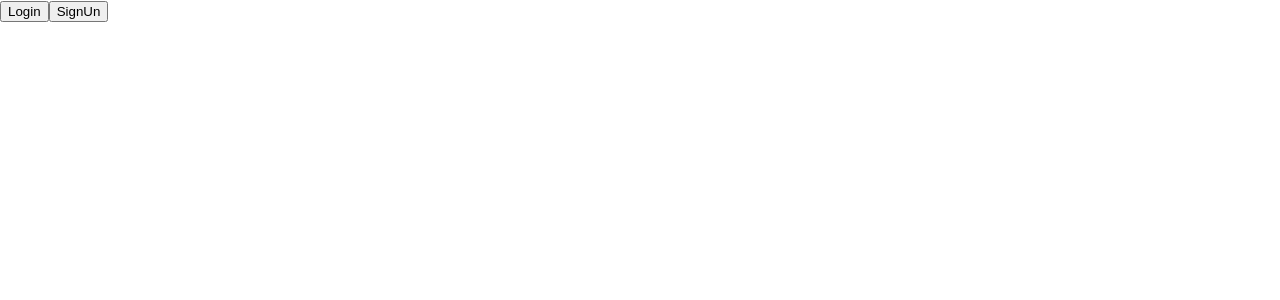
Repository: ehabmelhem/FullStack_Tweetapp
Page: / (app in tweet-app-demo/)
The author's editor kept a copy of each file at every save. The page is drawn from the files as they stood at one save, then again after a run of saves.
The browser window is 1280 px wide. The pictures show the whole page.
The project was rebuilt for these pictures with package versions that can differ from the ones it lists, and the page was loaded fresh each time. A package was used in the major version that the imports need, not the one package.json lists. Also part of the build but not shown: tweet-app-demo/src/App.css, tweet-app-demo/src/Componets/Login.css, tweet-app-demo/src/Componets/Login.js, tweet-app-demo/src/Componets/SignUp.css.

Above is the page before, as saved 2021-01-27 22:08:40.

### tweet-app-demo/src/App.js
import "./App.css";
import { useEffect, useState } from "react";
import { BrowserRouter as Router, Switch, Route, Link } from "react-router-dom";
import Login from "./Componets/Login";

function App() {
  return (
    <Router>
      <div className="app">
        <Switch>
          <Route path="/login">
            <Login />
          </Route>
          <Route path="/">
            <Link to="/login">
              <button>Login</button>
            </Link>
            <Link to="/signup">
              <button>SignUn</button>
            </Link>
          </Route>
        </Switch>
      </div>
    </Router>
  );
}

export default App;

### tweet-app-demo/src/Componets/SignUp.js
import React from "react";
import "./SignUp.css";
function SignUp() {
  return (
    <div className="/signup">
      <h1>signup page</h1>
    </div>
  );
}

export default SignUp;

Loaded but not shown: tweet-app-demo/public/index.html (common file); tweet-app-demo/src/index.js (common file); tweet-app-demo/src/index.css (common file); tweet-app-demo/src/reportWebVitals.js (common file); tweet-app-demo/src/App.css (no copy from this time; the picture is the same without it)

After the next 2 saves:
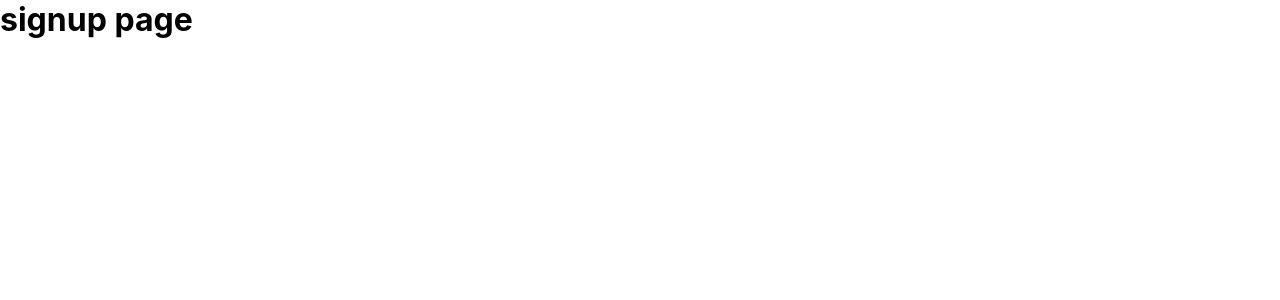
The 2 saves are shown as one change because they came seconds apart.
The last was saved 17 s later.
--- a/tweet-app-demo/src/App.js
+++ b/tweet-app-demo/src/App.js
@@ -2,6 +2,7 @@
 import { useEffect, useState } from "react";
 import { BrowserRouter as Router, Switch, Route, Link } from "react-router-dom";
 import Login from "./Componets/Login";
+import SignUp from "./Componets/SignUp";
 
 function App() {
   return (
@@ -10,6 +11,9 @@
         <Switch>
           <Route path="/login">
             <Login />
+          </Route>
+          <Route>
+            <SignUp />
           </Route>
           <Route path="/">
             <Link to="/login">

After the save that followed:
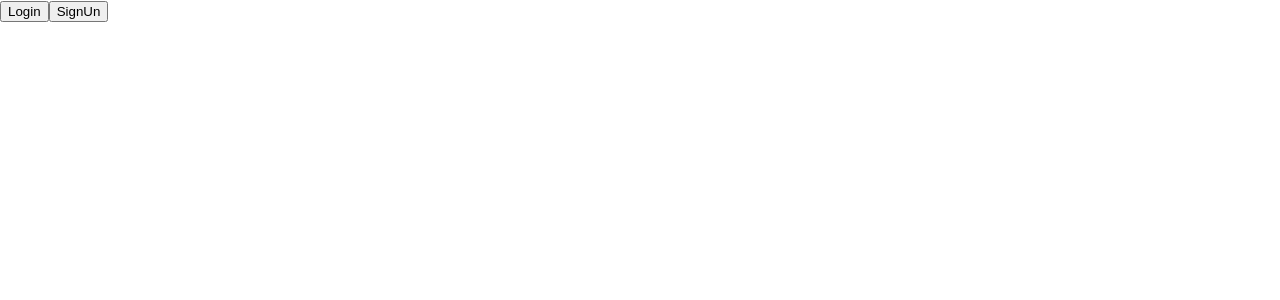
Saved 7 s later.
--- a/tweet-app-demo/src/App.js
+++ b/tweet-app-demo/src/App.js
@@ -12,7 +12,7 @@
           <Route path="/login">
             <Login />
           </Route>
-          <Route>
+          <Route path="/signup">
             <SignUp />
           </Route>
           <Route path="/">
